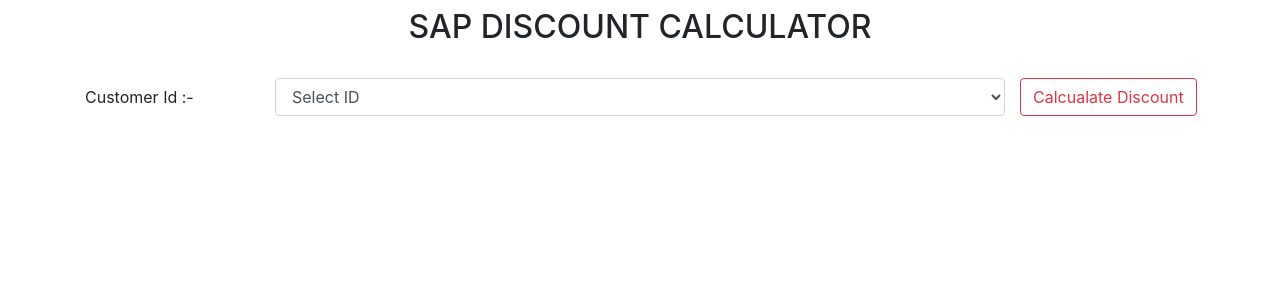
Repository: Binura-Thiranjaya/Java-Web-Discount-Calculator
Page: http://localhost/Discount/
An editor plug-in stored every save of this project. The page is shown before and after the next save, followed by the edit.
The browser window is 1280 px wide. The pictures show the whole page.
Some web libraries are served in a nearby version. The page is served by Tomcat 10. Other server files are loaded and not shown. Queries for data that is not in the repository find no rows.

Above is the page before, as saved 2022-10-11 02:54:01.

### Discount/src/main/webapp/index.jsp
<%@page import="database.DbConnection"%>
<%@page import="database.Result"%>
<%@page import="java.sql.ResultSet"%>

<%@ page language="java" contentType="text/html; charset=UTF-8"
	pageEncoding="UTF-8"%>
<!DOCTYPE html>
<html>
<head>
<meta charset="UTF-8">
<meta name="viewport"
	content="width=device-width, initial-scale=1, shrink-to-fit=no">
<title>Nippon Paint</title>
<!-- Bootstrap css -->
<link rel="stylesheet"
	href="https://cdn.jsdelivr.net/npm/bootstrap@4.0.0/dist/css/bootstrap.min.css"
	integrity="sha384-Gn5384xqQ1aoWXA+058RXPxPg6fy4IWvTNh0E263XmFcJlSAwiGgFAW/dAiS6JXm"
	crossorigin="anonymous">
</head>
<body>
	<div class="container mt-2 ">
		<h2 class="text-center text-uppercase pb-4">SAP Discount
			Calculator</h2>
		<form action="index" method="post">
			<div class="form-group row  pb-2 ">
				<label for="customer_id_selector" class="col-sm-2 col-form-label">Customer
					Id :-</label>
				<div class="col-sm-8">
					<select class="form-control" id="customer_id" name="customer_id">
						<option>Select ID</option>
						<%
						ResultSet rs = DbConnection.search("SELECT customer_code FROM `customers`");
						while (rs.next()) {
						%>
						<option><%="" + Integer.parseInt(rs.getString("customer_code"))%></option>
						<%}%>
					</select>
				</div>
				<button type="submit" class="btn btn-outline-danger">Calcualate
					Discount</button>
			</div>
		</form>

	</div>
	<!-- Bootstrap Js -->
	<script src="https://code.jquery.com/jquery-3.2.1.slim.min.js"
		integrity="sha384-KJ3o2DKtIkvYIK3UENzmM7KCkRr/rE9/Qpg6aAZGJwFDMVNA/GpGFF93hXpG5KkN"
		crossorigin="anonymous"></script>
	<script
		src="https://cdn.jsdelivr.net/npm/popper.js@1.12.9/dist/umd/popper.min.js"
		integrity="sha384-ApNbgh9B+Y1QKtv3Rn7W3mgPxhU9K/ScQsAP7hUibX39j7fakFPskvXusvfa0b4Q"
		crossorigin="anonymous"></script>
	<script
		src="https://cdn.jsdelivr.net/npm/bootstrap@4.0.0/dist/js/bootstrap.min.js"
		integrity="sha384-JZR6Spejh4U02d8jOt6vLEHfe/JQGiRRSQQxSfFWpi1MquVdAyjUar5+76PVCmYl"
		crossorigin="anonymous"></script>
</body>
</html>

### Discount/src/main/java/database/DbConnection.java
package database;

import java.sql.Connection;
import java.sql.DriverManager;
import java.sql.ResultSet;
import java.sql.SQLException;

public class DbConnection {
	private static Connection connection;

	private static void init() throws SQLException, ClassNotFoundException {
		Class.forName("com.mysql.cj.jdbc.Driver");
		connection = DriverManager.getConnection("jdbc:mysql://localhost:3306/nippon_paint", "root", "");
		System.out.println("Connection Success");
	}

	public static void iud(String sql) throws Exception {
		if (connection == null) {
			init();
		}
		connection.createStatement().executeUpdate(sql);
	}

	public static ResultSet search(String sql) throws Exception {
		if (connection == null) {
			init();
		}
		return connection.createStatement().executeQuery(sql);
	}
}

After the next save:
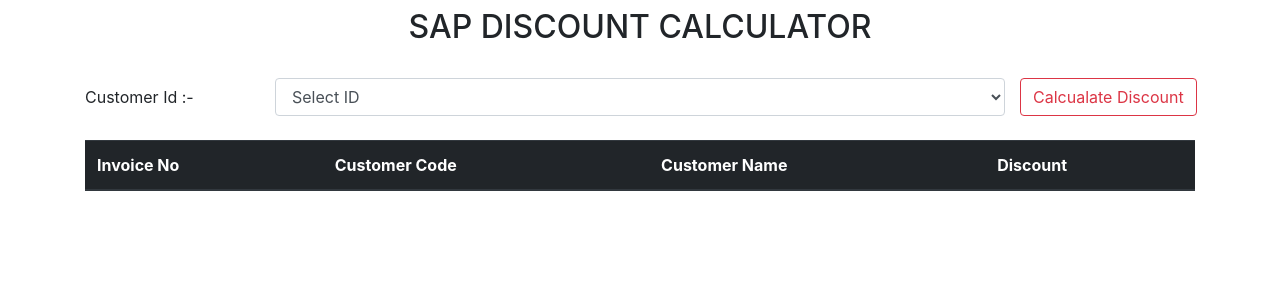
Saved 7 min 9 s later.
--- a/Discount/src/main/webapp/index.jsp
+++ b/Discount/src/main/webapp/index.jsp
@@ -1,4 +1,5 @@
 <%@page import="database.DbConnection"%>
+<%@page import="controller.DiscountController"%>
 <%@page import="database.Result"%>
 <%@page import="java.sql.ResultSet"%>
 
@@ -40,6 +41,47 @@
 					Discount</button>
 			</div>
 		</form>
+		<table class="table table-striped">
+			<thead class="thead-dark">
+				<tr>
+					<th scope="col">Invoice No</th>
+					<th scope="col">Customer Code</th>
+					<th scope="col">Customer Name</th>
+					<th scope="col">Discount</th>
+				</tr>
+			</thead>
+			<tbody>
+				<%
+				try{
+				DiscountController objDiscountController = new DiscountController();
+				ResultSet rs1 = DbConnection.search(
+						"SELECT i.inv_number,i.customer_code,c.customer_name, DateDiff(invoice_setoff_date,invoice_date) AS Day ,d.material_group,SUM(d.quantity) aS Total FROM invoice i INNER JOIN invoice_detail d ON i.inv_number = d.invoice_number INNER JOIN customers c ON i.customer_code = c.customer_code GROUP BY d.invoice_number,d.material_group");
+
+				while (rs.next()) {
+
+					int timeSlotID = objDiscountController.findTimeSlotID(Integer.parseInt(rs.getString("Day")));
+					int materialID = objDiscountController.findMaterialID(rs.getString("material_group"));
+					int value = objDiscountController.findValue(timeSlotID, materialID);
+					int Discount = objDiscountController.Discount(value, Integer.parseInt(rs.getString("Total")));
+					%>
+					<tr>
+						<td><%=""+Integer.parseInt(rs1.getString("inv_number"))%></td>
+						<td><%=""+Integer.parseInt(rs1.getString("i.customer_code"))%></td>
+						<td><%=rs1.getString("c.customer_name")%></td>
+
+					</tr>
+
+				<%}
+
+				} catch (Exception e) {
+					e.printStackTrace();
+				}%>
+
+
+
+			</tbody>
+		</table>
+
 
 	</div>
 	<!-- Bootstrap Js -->
